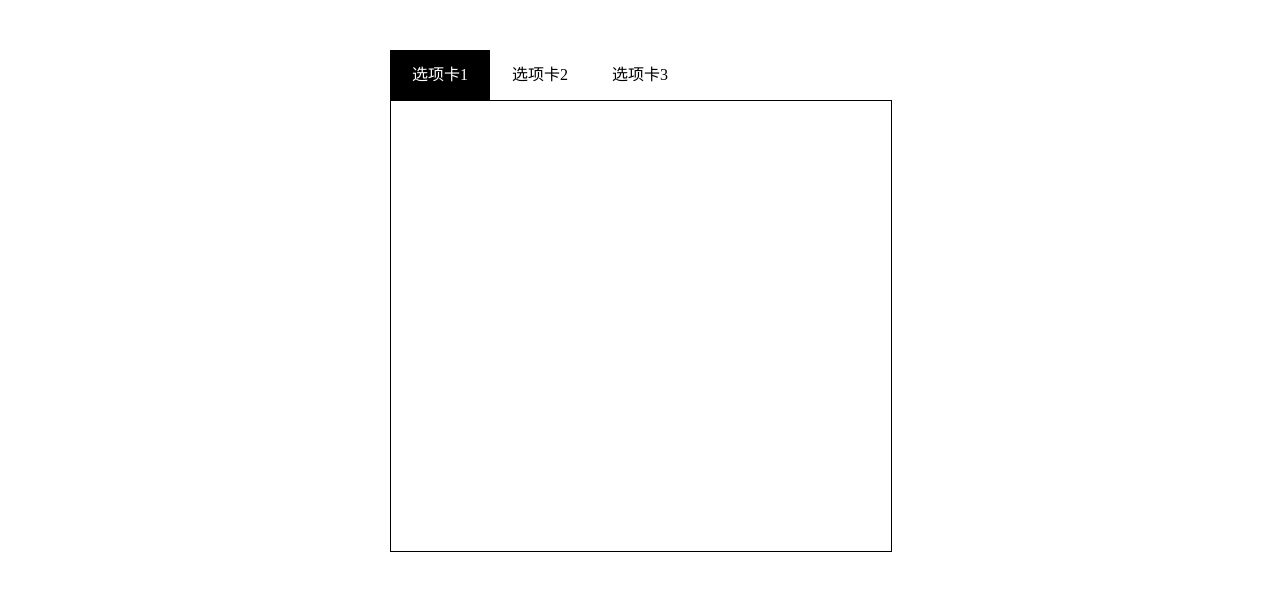
Repository: razzh7/javascript-demo
Page: Tab切换插件/Tab.html
The author's editor kept a copy of each file at every save. The page is drawn from the files as they stood at one save, then again after the next save.
The browser window is 1280 px wide. The pictures show the whole page.

Above is the page before, as saved 2021-06-14 15:18:10.

### Tab切换插件/Tab.html
<!DOCTYPE html>
<html lang="en">
<head>
  <meta charset="UTF-8">
  <meta http-equiv="X-UA-Compatible" content="IE=edge">
  <meta name="viewport" content="width=device-width, initial-scale=1.0">
  <title>Document</title>
  <link rel="stylesheet" href="./Tab.css">
</head>
<body>
  <!-- 500*500 -->
  <div class="tab-wrap">
    <div class="tab-top clearfix">
      <div class="tab-item cur">
        <a href="javascript:;">选项卡1</a>
      </div>
      <div class="tab-item">
        <a href="javascript:;">选项卡2</a>
      </div>
      <div class="tab-item">
        <a href="javascript:;">选项卡3</a>
      </div>
    </div>
    <div class="tab-page">
      <div class="page-item">1</div>
      <div class="page-item">2</div>
      <div class="page-item">3</div>
    </div>
  </div>
</body>
</html>

### Tab切换插件/Tab.css
/* 清除子元素浮动造成的父元素高度坍塌 */
.clearfix::after{
		/*添加一个内容*/
		content: "";
		/*转换为一个块元素*/
		display: block;
		/*清除两侧的浮动*/
		clear: both;
}
.tab-wrap {
	width: 500px;
	height: 500px;
	margin: 50px auto;
}
a {
	text-decoration: none;
}
.tab-top .tab-item a {
	float: left;
	display: block;
  height: 50px;
	width: 100px;
	text-align: center;
	line-height: 50px;
	color: #000;
}
.tab-top .cur a{
	background-color: #000;
	color: #fff;
}
.tab-page {
	position: relative;
	height: 450px;
	width: 100%;
	border: 1px solid #000;
}
.page-item {
	display: none;
	width: 100%;
	height: 100%;
	position: absolute;
	text-align: center;
	line-height: 450px;
	font-size: 100px;
}
.active {
	display: block;
}

After the next save:
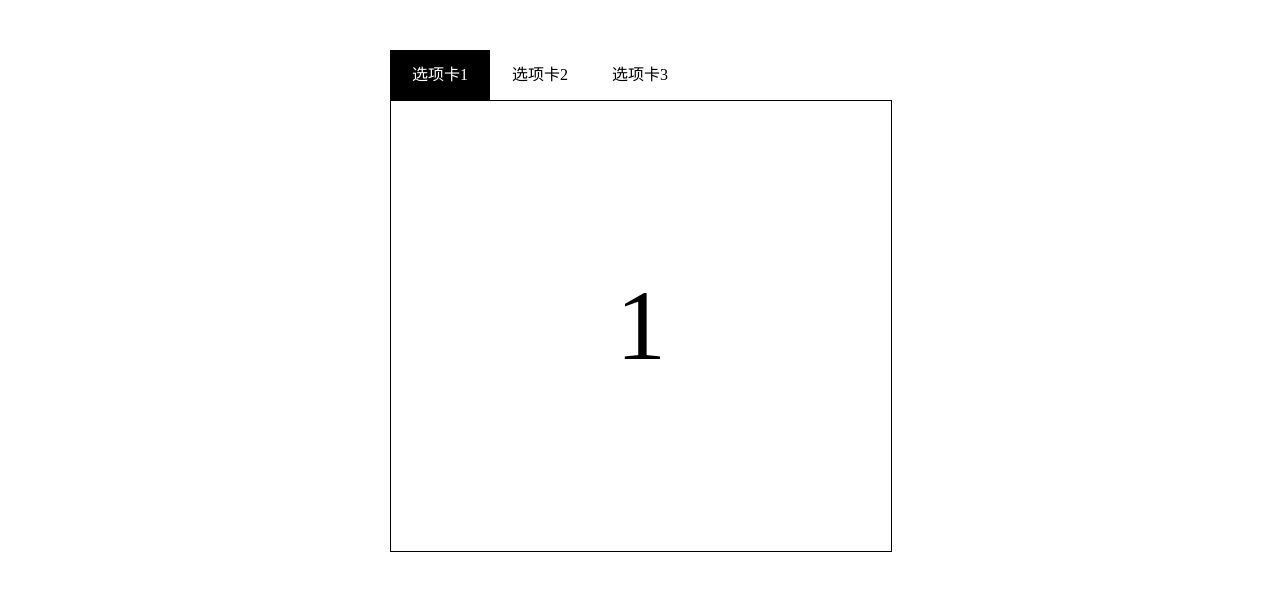
Saved 6 s later.
--- a/Tab切换插件/Tab.html
+++ b/Tab切换插件/Tab.html
@@ -22,7 +22,7 @@
       </div>
     </div>
     <div class="tab-page">
-      <div class="page-item">1</div>
+      <div class="page-item active">1</div>
       <div class="page-item">2</div>
       <div class="page-item">3</div>
     </div>
